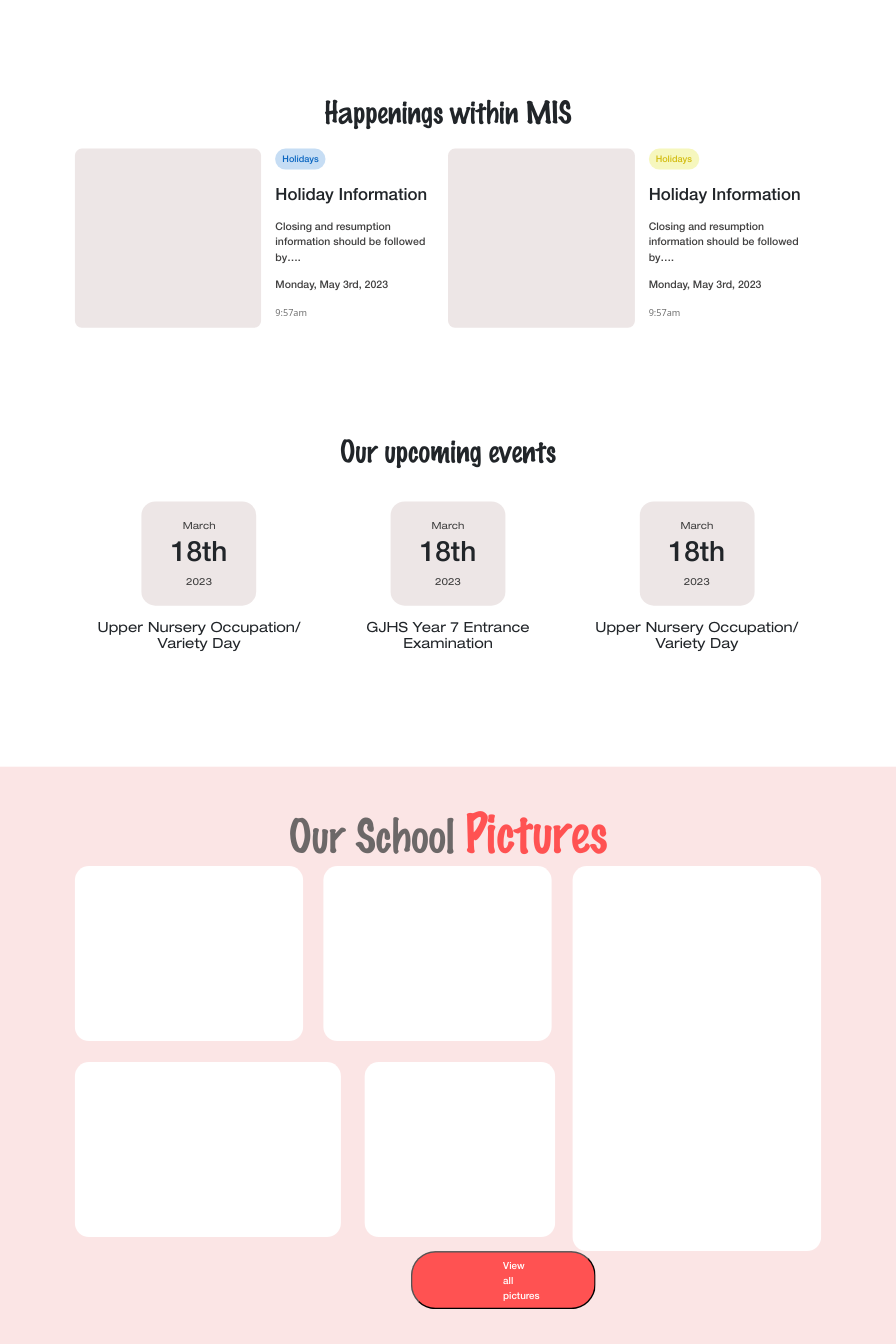
Repository: sarahnnanyelugo/MIGS
Page: /
The author's editor kept a copy of each file at every save. The page is drawn from the files as they stood at one save, then again after the next save.
The browser window is 1280 px wide. The pictures show the part of the page from y = 4536 to 6456 px (the page is 6456 px tall), at 70% of full size.
The project was rebuilt for these pictures with package versions that can differ from the ones it lists, and the page was loaded fresh each time.

Above is the page before, as saved 2023-05-30 17:28:31.

### src/App.scss
@font-face {
  font-family: maker;
  src: url(./assets/fonts/marker-felt/Marker-Felt.ttf);
}
@font-face {
  font-family: helveticaB;
  src: url(./assets/fonts/helvetica/HelveticaNeueBold.ttf);
}
@font-face {
  font-family: helveticaM;
  src: url(./assets/fonts/helvetica/HelveticaNeueMedium.ttf);
}
@font-face {
  font-family: helveticaR;
  // src: url(./assets/fonts/helvetica/HelveticaNeueRegular.ttf);
  src: url(./assets/fonts/helvetica/HelveticaNeue-Extended.otf);
}

h1,
h2,
h3,
h4,
h5,
h6 {
  font-family: maker;
}

### src/pages/Home/Home.js
import React from "react";
import { AppModal } from "../../components/AppModal/AppModal";
import LandingImg from "../../assets/images/table.jpeg";
import Grad from "../../assets/images/grad.png";
import "./home.scss";
import CountUp from "react-countup";
import { Link } from "react-router-dom";
import Events from "./Events";

function Home() {
  return (
    <>
      <div className="col-md-12 landing-img">
        {/* <img
          className="tech-logo"
          src={LandingImg}
          alt="Scholar"
          width="100%"
        />{" "} */}
        <div className="centered col-md-5 offset-md-1">
          <h1>Excellence is our birthright</h1>
        </div>
      </div>
      <center>
        <div className="col-md-12 welcome-div">
          <div className="col-md-7 welcome-header mtt">
            <h1>Welcome to Montessori International Group of Schools</h1>
          </div>
          <div className="col-md-5 mt3 welcome-paragraph">
            <p>
              {" "}
              On behalf of the Management and staff of Montessori International
              School, we welcome you to our website. We are grateful for another
              opportunity to offer you our best and are dedicated to ensuring
              that your child grows up balanced in all endeavours of life and
              not just academically.
            </p>
          </div>
        </div>
      </center>

      <div className="col-md-10 offset-md-1 section-div">
        <center>
          <h1>Our School Sections</h1>
        </center>
        <div className="col-md-12 flexy">
          <div className="col-md-4">
            <div className="col-md-11 sections-container early-years">
              {/* <img
          className="tech-logo"
          src={LandingImg}
          alt="Scholar"
          width="100%"
        />{" "} */}
              <div class="bottom-left col-md-1">
                <h2>Early Years</h2>
              </div>
            </div>
          </div>{" "}
          <div className="col-md-4">
            <div className="col-md-11 sections-container primary">
              {/* <img
          className="tech-logo"
          src={LandingImg}
          alt="Scholar"
          width="100%"
        />{" "} */}
              <div class="bottom-left col-md-1">
                {" "}
                <h2>Primary School</h2>
              </div>
            </div>
          </div>{" "}
          <div className="col-md-4">
            <div className="col-md-11 sections-container special ">
              {/* <img
          className="tech-logo"
          src={LandingImg}
          alt="Scholar"
          width="100%"
        />{" "} */}
              <div class="bottom-left col-md-1">
                {" "}
                <h2>Special Education</h2>
              </div>
            </div>
          </div>
        </div>
      </div>
      <div className="col-md-8 offset-md-3 flexy">
        <div className="col-md-5">
          <div className="col-md-11 sections-container junior ">
            {/* <img
          className="tech-logo"
          src={LandingImg}
          alt="Scholar"
          width="100%"
        />{" "} */}
            <div class="bottom-left col-md-1">
              {" "}
              <h2>Special Education</h2>
            </div>
          </div>
        </div>
        <div className="col-md-5">
          <div className="col-md-11 sections-container senior ">
            {/* <img
          className="tech-logo"
          src={LandingImg}
          alt="Scholar"
          width="100%"
        />{" "} */}
            <div class="bottom-left col-md-1">
              {" "}
              <h2>Special Education</h2>
            </div>
          </div>
        </div>
      </div>
      <div className="col-md-12 birthright-div">
        <center>
          <div className="col-md-6">
            <h1>
              Excellence is our<span>BIRTHRIGHT</span>
            </h1>
            <p>
              On behalf of the Management and staff of Montessori International
              School, we welcome you to our website. We are grateful for another
              opportunity to offer you our best and are dedicated to ensuring
              that your child grows up balanced in all endeavours of life and
              not just academically.
            </p>
          </div>
        </center>
        <div className="col-md-10 offset-md-1 flexy">
          <div className="col-md-8 ">
            <div className="col-md-11 img-div">
              {" "}
              {/* <img
          className="tech-logo"
          src={LandingImg}
          alt="Scholar"
          width="100%"
        />{" "} */}
            </div>
          </div>{" "}
          <div className="col-md-4 ">
            <div className="col-md-11 img-div">
              {" "}
              {/* <img
          className="tech-logo"
          src={LandingImg}
          alt="Scholar"
          width="100%"
        />{" "} */}
            </div>
          </div>
        </div>{" "}
        <div className="col-md-10 offset-md-1 flexy mt2">
          {" "}
          <div className="col-md-4 ">
            <div className="col-md-11 img-div">
              {" "}
              {/* <img
          className="tech-logo"
          src={LandingImg}
          alt="Scholar"
          width="100%"
        />{" "} */}
            </div>
          </div>
          <div className="col-md-8 ">
            <div className="col-md-11 img-div">
              {" "}
              {/* <img
          className="tech-logo"
          src={LandingImg}
          alt="Scholar"
          width="100%"
        />{" "} */}
            </div>
          </div>{" "}
        </div>
      </div>
      <div className="col-md-12 stats-div">
        <center>
          <h1>The journey towards excellence</h1>
        </center>
        <div className="col-md-10 offset-md-1 flexy">
          {" "}
          <div className="col-md-4 mtt stats">
            <center>
              {" "}
              <h1>
                {" "}
                <CountUp
                  start={0}
                  end={2}
                  duration={3}
                  decimal=""
                  prefix=" "
                  suffix=""
                  enableScrollSpy={true}
                />
              </h1>
              <p>Certified Schools</p>
            </center>
          </div>{" "}
          <div className="col-md-4 mt5 stats">
            <center>
              <img className="tech-logo" src={Grad} alt="Scholar" width="20%" />{" "}
              <h1>
                {" "}
                <CountUp
                  start={0}
                  end={95}
                  duration={3}
                  decimal=""
                  prefix=" "
                  suffix="%"
                  enableScrollSpy={true}
                />
              </h1>
              <p>Pass Rate</p>
            </center>
          </div>{" "}
          <div className="col-md-4 mtt stats">
            <center>
              {" "}
              <h1>
                {" "}
                <CountUp
                  start={0}
                  end={3500}
                  duration={3}
                  decimal=""
                  prefix=" "
                  suffix=""
                  enableScrollSpy={true}
                />
              </h1>
              <p>Life Enrollment since Inception</p>
            </center>
          </div>
        </div>
      </div>
      <div className="col-md-10 offset-md-1 news-div mtt">
        <center>
          <h1>Happenings within MIS</h1>
        </center>
        <div className="flexy mt3">
          <div className="col-md-6 flexy">
            <div className="col-md-6 img-div2"></div>
            <div className="col-md-6 news-details">
              <button className="holidays">Holidays</button>
              <h4>Holiday Information</h4>
              <Link className="normal-link" to={"/"}>
                <p>
                  Closing and resumption information should be followed by….
                </p>
              </Link>
              <p>Monday, May 3rd, 2023</p>
              <small>9:57am</small>
            </div>
          </div>
          <div className="col-md-6 flexy mt23">
            <div className="col-md-6 img-div2"></div>
            <div className="col-md-6 news-details">
              <button className="events">Holidays</button>
              <h4>Holiday Information</h4>
              <Link className="normal-link" to={"/"}>
                <p>
                  Closing and resumption information should be followed by….
                </p>
              </Link>
              <p>Monday, May 3rd, 2023</p>
              <small>9:57am</small>
            </div>
          </div>
        </div>
      </div>
      <div className="col-md-10 offset-md-1 mtt upcoming-div">
        <center>
          <h1>Our upcoming events</h1>
        </center>
        <div className="flexy mt5">
          <div className="col-md-4">
            <center>
              <Events year="2023" month="March" day="18th" />
              <p>
                Upper Nursery Occupation/
                <br />
                Variety Day
              </p>
            </center>
          </div>
          <div className="col-md-4">
            <center>
              <Events year="2023" month="March" day="18th" />
              <p>
                GJHS Year 7 Entrance
                <br /> Examination
              </p>
            </center>
          </div>
          <div className="col-md-4">
            <center>
              <Events year="2023" month="March" day="18th" />
              <p>
                Upper Nursery Occupation/
                <br />
                Variety Day
              </p>
            </center>
          </div>
        </div>
      </div>
      <div className="col-md-12  mtt pictures-container">
        <center>
          <h1>
            Our School <span>Pictures</span>
          </h1>
        </center>
        <div className="col-md-10 offset-md-1 flexy">
          <div className="col-md-8 ">
            <div className="col-md-12 flexy">
              <div className="col-md-6">
                <div className="img-div2 col-md-11"></div>
              </div>{" "}
              <div className="col-md-6">
                <div className="img-div2 col-md-11"></div>
              </div>
            </div>
            <div className="col-md-12 flexy mt3">
              <div className="col-md-7">
                <div className="img-div2 col-md-11"></div>
              </div>{" "}
              <div className="col-md-5">
                <div className="img-div2 col-md-11"></div>
              </div>
            </div>
          </div>
          <div className="col-md-4 img-div"></div>
        </div>

        <center>
          <div className="col-md-1">
            {" "}
            <button className="app-btn">View all pictures</button>
          </div>
        </center>
      </div>
      <div>
        <AppModal />
      </div>
    </>
  );
}

export default Home;

### src/components/NavBar/NavBar.jsx
import React, { useEffect, useState, useRef } from "react";
import { Link, NavLink } from "react-router-dom";
import "./_navbar.scss";
import { useLocation } from "react-router-dom";
// import Icofont from "react-icofont";
import Logo from "../../assets/images/logo2.png";

function NavBar() {
  return (
    <>
      <div className="nav-container col-md-10 offset-md-1">
        {" "}
        <div className=" col-md-1 tech-logo-div">
          {" "}
          <img className="tech-logo" src={Logo} alt="Scholar" width="60%" />
        </div>
        <ul className="list-inline list-unstyled ">
          <li className="list-inline-item">
            <NavLink className="tech-links cool-link" to={"/"}>
              About
            </NavLink>
          </li>
          <li className="list-inline-item">
            <NavLink className="tech-links cool-link">Admission</NavLink>
          </li>
          <li className="list-inline-item">
            <NavLink className="tech-links cool-link">Academics</NavLink>
          </li>
          <li className="list-inline-item">
            <NavLink className="tech-links cool-link">IEC</NavLink>
          </li>{" "}
          <li className="list-inline-item">
            <NavLink className="tech-links cool-link">E-shop</NavLink>
          </li>
          <li className="list-inline-item">
            <NavLink className="tech-links cool-link">Gallery</NavLink>
          </li>
          <li className="list-inline-item">
            <button className="nav-btn">e-portal</button>
          </li>
          <li>
            <div class="mobile-container "></div>
          </li>
        </ul>
      </div>
    </>
  );
}

export default NavBar;

### src/pages/Home/home.scss
@import "../../variables";
@import "../../shared-styles";
.landing-img {
  position: relative;
  text-align: left;
  color: #fff;
  height: 800px;
  background-color: grey;
  @media screen and (max-width: 620px) {
    text-align: center;
  }
}
.centered {
  position: absolute;
  top: 50%;
  left: 20%;

  transform: translate(-50%, -50%);
  h1 {
    font-size: 114px !important;
    @media screen and (max-width: 620px) {
      font-size: 64px !important;
      margin-left: 120px;
    }
  }
}
.welcome-header {
  color: #707070;

  h1 {
    font-size: 60px;
  }
}
.welcome-paragraph {
  p {
    color: #707070;
    font-family: helveticaM;
  }
}
.welcome-div {
  height: 800px;
  background: url("../../assets/images/curly.png");
  background-size: contain;
  background-repeat: no-repeat;
}
.section-div {
  margin-top: -280px;

  h1 {
    font-size: 60px;
    color: #707070;
  }
}
.sections-container {
  position: relative;
  text-align: center;
  margin-bottom: 50px;
  border-radius: 10px;
  height: 358px;
}
.bottom-left {
  position: absolute;
  bottom: 8px;
  left: 16px;
}
.early-years {
  background: #ff5252;
  color: #fff;
}
.primary {
  background: #f2e15f;
  color: #000;
}
.special {
  background: #838383;
  color: #fff;
}
.junior {
  background: #2ebbef;
  color: #fff;
}
.senior {
  background: #30eaa9;
  color: #000;
}
.birthright-div {
  background: url("../../assets/images/pink-bg.png");
  background-size: cover;
  background-repeat: no-repeat;
  padding: 60px 0;
  margin: 100px 0;
  h1 {
    margin-bottom: 20px;
  }
  span {
    color: $red;
    font-size: 60px;
  }
  color: #707070;
  p {
    font-family: helveticaM;
    margin-bottom: 100px;
  }
  .img-div {
    height: 487px;
    border-radius: 10px;
    background: #fff;
  }
}
.stats-div {
  background: #554907;
  padding: 50px 0;
  h1 {
    color: #fff;
    font-size: 60px;
    // margin-bottom: 40px;
  }
  .stats {
    h1 {
      color: #fff;
      font-size: 70px;
      font-family: helveticaB;
    }
    p {
      color: #fff;
      font-family: helveticaM;
    }
  }
}
.news-div {
  margin-bottom: 50px;
  .img-div2 {
    background: #ede6e6;
    border-radius: 10px;
    height: 256px;
  }
  .news-details {
    padding: 0 0 0 20px;
    h4 {
      font-family: helveticaM;
      margin: 20px 0;
    }
    button {
      border: none;
      width: 72px;
      height: 30px;
      font-size: 13px;
      font-family: helveticaM;
      border-radius: 35px;
    }
    p {
      font-family: helveticaM;
      color: #414040;
      font-size: 15px;
    }
    small {
      font-size: 13px;
      color: #707070;
    }
    .holidays {
      background: #c6ddf4;
      color: #0b66c1;
    }
    .events {
      background: #f6f7be;
      color: #d3bd13;
    }
  }
}
.events-container {
  height: 149px;
  background: #ede6e6;
  width: 164px;
  border-radius: 20px;
  padding-top: 22px;
  h1 {
    font-family: helveticaM;
  }
  small {
    font-family: helveticaR;
    color: #414040;
  }
}
.upcoming-div {
  p {
    font-family: helveticaR;
    font-size: 20px;
    margin-top: 20px;
    line-height: 22px;
  }
}
.pictures-container {
  background: #fbe5e5;
  padding: 50px 0;
  h1 {
    font-size: 60px;
    color: #6c6868;
  }
  span {
    font-size: 70px;
    color: $red;
  }
  .img-div2 {
    background: #fff;
    border-radius: 20px;
    height: 250px;
  }
  .img-div {
    background: #fff;
    border-radius: 20px;
    height: 550px;
  }
}

### src/components/NavBar/_navbar.scss
@import "../../variables";
@import "../../shared-styles";

.nav-container {
  display: flex;
  padding-top: 20px;
  position: relative;
  z-index: 2 !important;
  padding-bottom: 0;
  height: 90px;
  background-color: #fff !important;
  ul li {
    margin-top: 0px !important;
  }
  .nav-btn {
    @include app-btn;
    padding: 8px 40px;
    // margin-top: 0 !important;
    border: none;
    @media screen and (max-width: 620px) {
      display: none;
    }
  }
  .tech-logo-div {
    flex-grow: 1 !important;
    margin-top: -10px;
  }
  .tech-links {
    color: #000;
    text-decoration: none;
    font-family: helveticaM;
    margin: 0px 28px !important;
    &:hover {
      color: $red;
    }
    @media screen and (max-width: 620px) {
      display: none;
    }
  }
}

### src/_variables.scss
$yellow: rgb(255, 210, 16);
$red: #ff5252;
$skyblue: rgb(83, 180, 242);
$lightblue: rgb(12, 99, 177);
$lightblue2: rgb(12, 88, 160);
$lighterblue: rgb(211, 236, 252);
$deepblue2: rgb(0, 79, 157);
$mainblue: rgb(1, 71, 141);

@mixin app-btn {
  color: #fff;
  border-radius: 35px;
  padding: 8px 130px;
  font-size: 14px;
  background: $red;
  @media screen and (max-width: 620px) {
    padding: 8px 100px;
  }
  font-family: helveticaM;
  &:hover {
    background: #c90e0e;
    transition: 0.5s ease;
  }
}

### src/_shared-styles.scss
@import "./variables";

@media screen and (max-width: 620px) {
  .flexyM {
    display: flex !important;
  }
  .side-menu {
    display: none !important;
  }
  .page-body {
    padding: 20px;
  }

  .dn {
    display: none;
  }
  .holder img {
    height: 200px;
    margin-top: 40px !important;
  }
  .overlay {
    bottom: -30px !important;
  }
  .m-margin {
    margin-top: 0 !important;
    margin-bottom: 0 !important;
  }
  .navigations {
    display: none;
  }
  .breadcrum {
    margin-top: 350px !important;
  }
}
@media screen and (min-width: 620px) {
  .flexy {
    display: flex;
  }
  .spread {
    display: flex;
  }
  // {
  //   display:none;
  // }
}

/* Container needed to position the overlay. Adjust the width as needed */
.holder {
  position: relative;
  width: 100%;
}

.side-nav2 {
  @media screen and (max-width: 620px) {
    padding: 0 10px 0;
  }
}
.br {
  border-radius: 10px;
}
.mt1 {
  margin-top: 10px;
}
.mt2 {
  margin-top: 20px;
}
.mt3 {
  margin-top: 30px;
}
.mt4 {
  margin-top: 40px;
}
.mt5 {
  margin-top: 50px;
}
.mt6 {
  margin-top: 60px;
}
.mt7 {
  margin-top: 70px;
}
.mt8 {
  margin-top: 80px;
}
.mt9 {
  margin-top: 90px;
}
.mt {
  margin-top: 120px;
}
.mtt {
  margin-top: 150px;
}
.mr1 {
  margin-right: 10px;
}
.mr2 {
  margin-right: 20px;
}
.mr3 {
  margin-right: 30px;
}
.mr4 {
  margin-right: 40px;
}
.mr5 {
  margin-right: 50px;
}
.mr6 {
  margin-right: 60px;
}
.mr7 {
  margin-right: 70px;
}
.mb1 {
  margin-bottom: 10px;
}
.mb2 {
  margin-bottom: 20px;
}
.mb3 {
  margin-bottom: 30px;
}
.mb4 {
  margin-bottom: 40px;
}
.mb5 {
  margin-bottom: 50px;
}
.mb6 {
  margin-bottom: 60px;
}
.ml2 {
  margin-left: 20px;
}
.ml3 {
  margin-left: 30px;
}
.ml4 {
  margin-left: 40px;
}
.ml5 {
  margin-left: 50px;
}
.ml6 {
  margin-left: 60px;
}

.app-btn {
  @include app-btn;
  width: 100% !important;
}
.tac {
  text-align: center;
}
.normal-link {
  font-family: helveticaM;
  color: black !important;
  text-decoration: none;
}

Loaded but not shown: public/index.html (common file); src/index.css (common file); src/reportWebVitals.js (common file); src/components/scrollToTop.js (common file); src/components/AppModal/AppModal.js (60 lines, source omitted); src/App.js (24 lines, source omitted); src/index.js (18 lines, source omitted); src/pages/Home/Events.js (15 lines, source omitted); src/components/AppModal/_app-modal.scss (464 lines, source omitted)

After the next save:
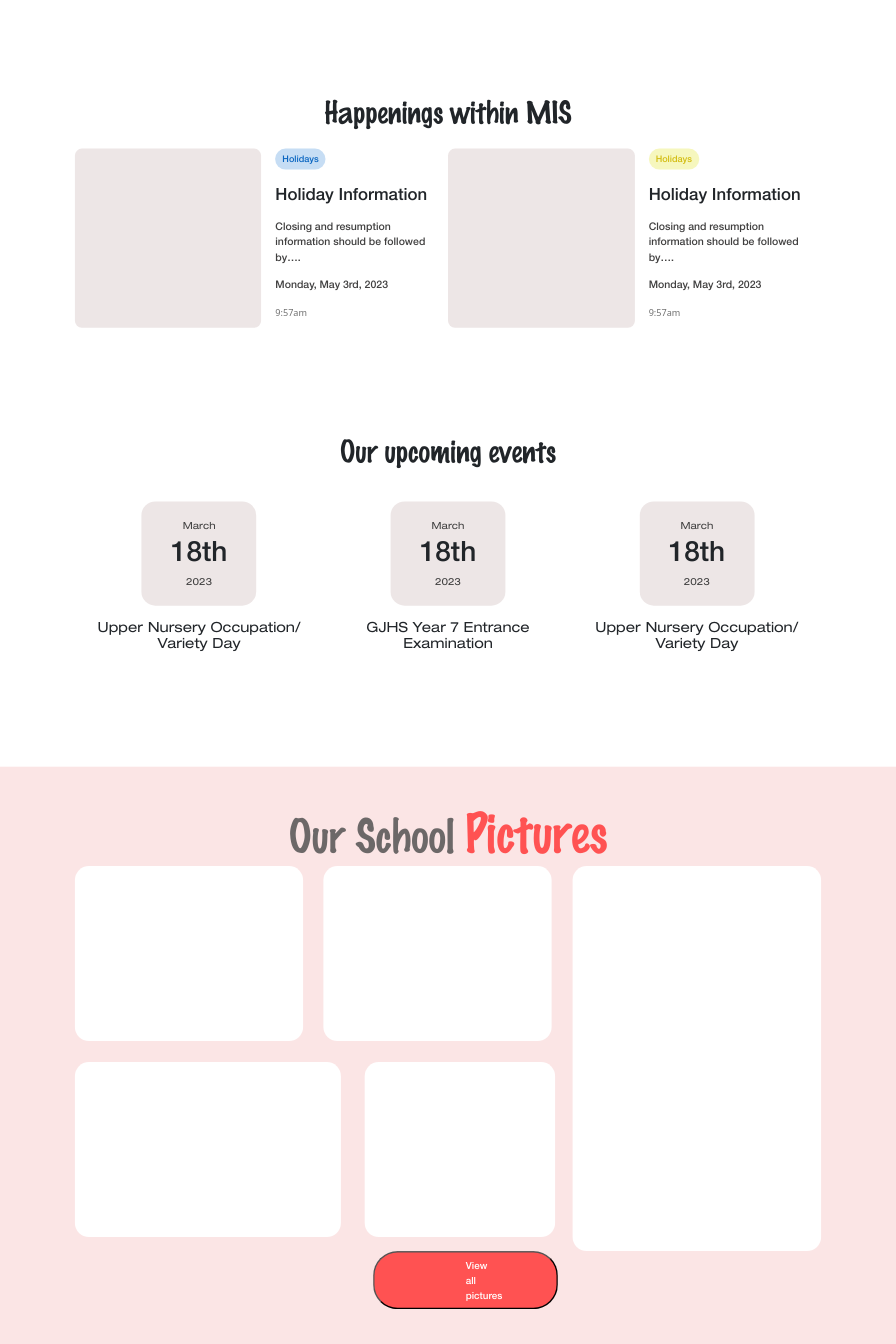
Saved 11 s later.
--- a/src/pages/Home/Home.js
+++ b/src/pages/Home/Home.js
@@ -344,7 +344,7 @@ function Home() {
         </div>
 
         <center>
-          <div className="col-md-1">
+          <div className="col-md-2">
             {" "}
             <button className="app-btn">View all pictures</button>
           </div>
